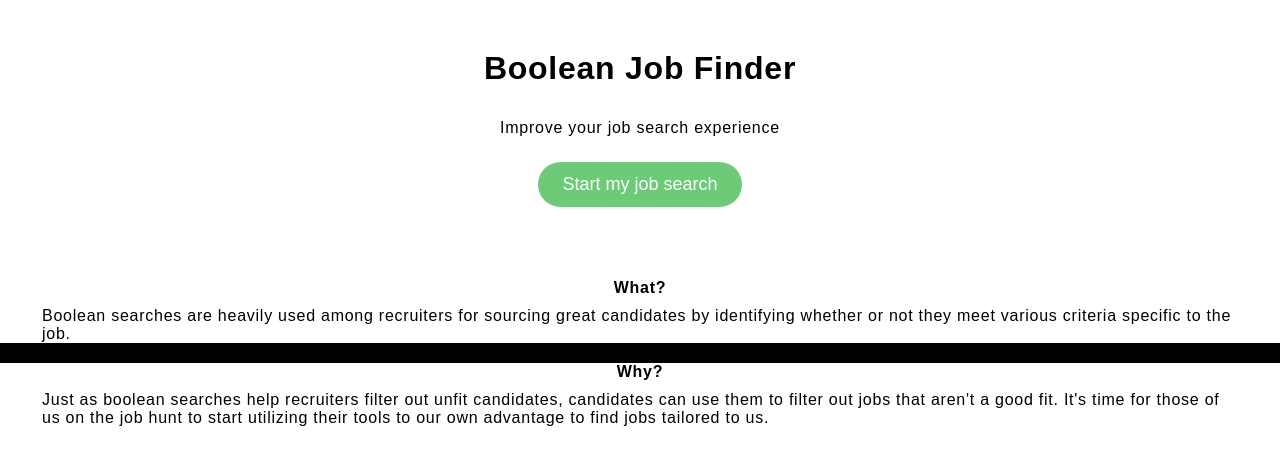
Repository: Rthompson2548/boolean-job-searcher
Page: /
An editor plug-in stored every save of this project. The page is shown before and after a run of saves, followed by the edit.
The browser window is 1280 px wide. The pictures show the whole page.
The project was rebuilt for these pictures with package versions that can differ from the ones it lists, and the page was loaded fresh each time.

Above is the page before, as saved 2022-04-05 14:08:52.

### public/index.html
<!DOCTYPE html>
<html lang="en">
  <head>
    <meta charset="utf-8" />
    <link rel="icon" href="%PUBLIC_URL%/favicon.ico" />
    <meta name="viewport" content="width=device-width, initial-scale=1" />
    <meta name="theme-color" content="#000000" />
    <meta
      name="description"
      content="Web site created using create-react-app"
    />
    <link rel="preconnect" href="https://fonts.googleapis.com">
    <link rel="preconnect" href="https://fonts.gstatic.com" crossorigin>
    <link href="https://fonts.googleapis.com/css2?family=Inconsolata&family=League+Spartan&display=swap" rel="stylesheet">

    <title>React App</title>
  </head>
  <body>
    <noscript>You need to enable JavaScript to run this app.</noscript>
    <div id="root"></div>
    <!--
      This HTML file is a template.
      If you open it directly in the browser, you will see an empty page.

      You can add webfonts, meta tags, or analytics to this file.
      The build step will place the bundled scripts into the <body> tag.

      To begin the development, run `npm start` or `yarn start`.
      To create a production bundle, use `npm run build` or `yarn build`.
    -->
  </body>
</html>

### src/App.js
import "./styles.css";
// import { CopyToClipboard } from "react-copy-to-clipboard";
import React, { useState, useEffect, useRef } from "react";



export default function App() {
  let searchCategories = [
    "Experience",
    "Location",
    "Tech Stack",
    "Title",
    "Technologies",
    "Company"
  ];

let defaultCategories = [
  {
    id: 1,
    name: "Experience",
    placeholders: ["Junior", "Entry", "Grad", "Student"]
  },
  {
    id: 2,
    name: "Location",
    placeholders: ["Junior", "Entry", "Grad", "Student"]
  },
  {
    id: 3,
    name: "End",
    placeholders: ["Junior", "Entry", "Grad", "Student"]
  },
  {
    id: 4,
    name: "Title",
    placeholders: ["Junior", "Entry", "Grad", "Student"]
  },
  {
    id: 5,
    name: "Technologies",
    placeholders: ["Junior", "Entry", "Grad", "Student"]
  },
  {
    id: 6,
    name: "Company Name",
    placeholders: ["Junior", "Entry", "Grad", "Student"]
  }
];


const [copyString, setCopyString] = useState("");
const [addCategory, setAddCategory] = useState(false);
const [addCategoryBtnText, setAddCategoryBtnText] = useState(
"Start my job search"
)
const [category, setCategory] = useState("");
const [categoryChosen, setCategoryChosen] = useState(false);
const [categoryOptions, setCategoryOptions] = useState(false);
const [showCategoryForm, setShowCategoryForm] = useState(false);
const [showNewCategoryButton, setShowNewCategoryButton] = useState(true);
const [showName, setShowName] = useState(false);
const [showForm, setShowForm] = useState(false);
const [showAddWordBtn, setShowAddWordBtn] = useState(false)
const [word, setWord] = useState("");
const [list, setList] = useState([]);
const [show, setShow] = useState(false);
const [finishBtn, setFinishBtn] = useState(false);
const [finished, setFinished] = useState(false);
const [result, setResult] = useState([]);
const [doneWarning, setDoneWarning] = useState(false);
const [goodbyeMessage, setGoodbyeMessage] = useState(false);


const handleNewCategory = () => {
  setCategory("");
  setAddCategoryBtnText("Add a category");
  setShowNewCategoryButton(false);
  setFinishBtn(false);
  setCategoryOptions(true);
  setCategoryChosen(false);
};



const handleCustomCategory = () => {
  setShowCategoryForm(true);
  setCategoryOptions(false);
};


const handleCategoryNameChange = event => {
  setCategory(event.target.value);
};

const submitCategory = () => {
  setAddCategory(false);
  setShowName(true);
  setShowNewCategoryButton(false);
  setShowAddWordBtn(true);
  setShowForm(true);
  setShowCategoryForm(false);
};


const handleAddWord = () => {
  setShowForm(true);
  setCategoryOptions(false);
  setCategoryChosen(true);
};


const handleCategoryClick = event => {
  setCategory(event.target.value);
  setCategoryChosen(true);
};


const handleWordChange = event => {
  setWord(event.target.value);
};


  const [noLetters, setNoLetters] = useState(false);

  const submitAsteriskWord = () => {
    if (word.length <= 1) {
      setNoLetters(true);
    } else {
      setList((prevList) => [...prevList, `"${word}*"`]);
      setWord("");
      setShow(true);
      console.log(word);
    }
  };

  const submitWord = () => {
    if (word.length <= 1) {
      setNoLetters(true);
    } else {
      setList((prevList) => [...prevList, `"${word}"`]);
      setWord("");
      setShow(true);
      console.log(word);
    }
  };

  useEffect(() => {
    setCategory(category);
  }, [category]);

  let booleanString = `(${list.join(" OR ")})`;

  const handleSubmitCategoryWords = () => {
    setShowNewCategoryButton(true);
    setShow(false);
    setShowName(false);
    setShowForm(false);
    setFinishBtn(true);
    setResult((previousResult) => [...previousResult, booleanString]);
    console.log(result.join(" AND "));
    console.log(`list: ${list}`);
    setList([]);
    console.log(`list: ${list}`);
    setCopyString(result.join(" AND "));
  };

  const handleGenerateString = () => {
    setFinished(true);
    setFinishBtn(false);
    setShowNewCategoryButton(false);
    setDoneWarning(false);
    // setGoodbyeMessage(true);
  };

const handleDone = () => {
  setDoneWarning(true);
  setFinished(false);
};


const handleConfirmFinished = () => {
  setDoneWarning(false);
  setGoodbyeMessage(true);
  setShow(false);
  setFinished(false);
};



  return (
    <div className="App">
      <div className="header">
        <h1 className="app-title">Boolean Job Finder</h1>
        <p>Improve your job search experience</p>
        <button className="start-btn" onClick={handleNewCategory}>
          {addCategoryBtnText}
        </button>

      </div>
      <div>
    </div>


      {categoryOptions === true && (
        <div>
          <div>
<p className="pick-a-category-txt">Click a category below to start</p>


            {/* iterates through array of category names and returns a button for each */}
            <div className="category-btns">
              {searchCategories.map((value, i) => (
                <button
                  id="category-btn"
                  className="category-btn"
                  key={i}
                  value={searchCategories[i]}
                  onClick={handleCategoryClick}
                >
                  {value}
                </button>
              ))}

            </div>

{
  categoryChosen === true && (
    <button className="continue-btn" onClick={handleAddWord}>
      Continue
    </button>
  )
}
          </div>
        </div>
      )}

{
  showCategoryForm === true && (
    <div>
      <label>Enter a custom category name</label>
      <input
        placeholder="Enter category name"
        onChange={handleCategoryNameChange}
        value={category}
      />

<button onClick={submitCategory}>Submit</button>;

    </div>
  )
}

      {showForm === true && (
        <div className="keyword-form">
          <h1>{category}</h1>

          <div className="keyword-form-info">
            <div>
              <label>Enter 1 or more keywords</label>
            </div>
            <input
              placeholder="Enter two or more letters..."
              value={word}
              onChange={handleWordChange}
            />
          </div>

          <div className="keyword-btns">
            <button onClick={submitWord}>Include exact keyword</button>
            <button onClick={submitAsteriskWord}>
              Include similar keywords
            </button>

          </div>


        </div>
      )}

      {show === true && (
        <div className="keyword-string">
          <h4>{booleanString}</h4>
        </div>
      )}

      {showForm === true && (
        <div>
          <button className="continue-btn" onClick={handleSubmitCategoryWords}>
            Continue
          </button>
        </div>
      )}

      {showNewCategoryButton === true && (
        <div>
          <div className="what-why">
            <div className = "what-why-info">
              <h4>What?</h4>
              <p>
                Boolean searches are heavily used among recruiters for sourcing great
                candidates by identifying whether or not they meet various criteria specific
                to the job.
              </p>
            </div>
            <div>
              <h4>Why?</h4>
              <p className="what-why-info">
                Just as boolean searches help recruiters filter out unfit candidates, candidates can use them to filter out jobs that aren't a good fit. It's time for those of us on the job hunt to start utilizing their tools to our own advantage to find jobs tailored to us.
              </p>
            </div>
          </div>


        </div>
      )}


      {finishBtn === true && (
        <div>
          <button className="done-btn" onClick={handleGenerateString}>
            Submit
          </button>
        </div>
      )}

      {finished === true && (
        <div className="boolean-string">
          <p value={copyString}>{result.join(" AND ")}</p>
          <button className="done-btn" onClick={handleDone}>
            Done
          </button>
        </div>
      )}

      {doneWarning === true && (
        <div className="boolean-string">
          <p>Are you sure? This cannot be undone</p>
          <button className="done-btn" onClick={handleConfirmFinished}>
            Yes, I am done
          </button>
        </div>
      )}

      {goodbyeMessage === true && (
        <div className="goodye-msg boolean-string">
<p>Goodbye!</p>;

          <button
            className="start-btn"
            onClick={() => window.location.reload(false)}
          >
            Home
          </button>
        </div>
      )}
    </div>
  );
}

### src/styles.css
* {
  margin: 0;
  padding: 0;
  background-color: #fff;
  color: #000;
  /* padding: 18px 0; */
}

.App {
  font-family: sans-serif;
  text-align: center;
  letter-spacing: 0.75px;
}

.header {
  line-height: 2rem;
  letter-spacing: 0.75px;
  padding: 52px 0;
}

img {
  width: 250px;
  height: auto;
}

button {
  /* width: 300px; */
  border-radius: 25px;
  background-color: #fff;
  color: #000;
  border: none;
  margin: 18px 0 0 0;
  font-size: 18px;
}

.app-title {
  margin-bottom: 28px;
  font-size: 32px;
}

h3 {
  font-size: 22px;
}

.what-why {
  background-color: #000;
}

.what-why p {
  text-align: left !important;
  padding: 0 42px;
}

.what-why h4 {
  margin: 20px 0 10px 0;
}


.start-btn {
  background-color: #6bcb77 !important;
  color: #fff;
  font-size: 18px;
  vertical-align: middle;
  padding: 12px 24px;
}

.pick-a-category-txt {
  font-size: 18px;
  margin-bottom: 12px;
}

input {
  background-color: #fff;
  font-size: 18px;
  color: #000;
  width: 260px;
  border: 1.5px solid black;
  border-radius: 25px;
}

label {
  font-size: 20px;
}

.category-btns {
  /* center the element */
  right: 0;
  left: 0;
  margin-right: auto;
  margin-left: auto;
  display: flex;
  flex-direction: column;
  align-items: center;
}

.category-btns button {
  background-color: #ff6b6b;
  color: #fff;
  padding: 12px 42px;
  width: 300px;
}

.category-buttons button:active,
button:focus {
  /* color: #fff !important;
  background-color: #FFD93D !important; */
}

.category-buttons button:visited:after {
  color: #fff !important;
  background-color: #000 !important;
}

.continue-btn {
  background-color: #4d96ff;
  color: #fff;
}

.keyword-form-info {
  margin-top: 24px;
}

.keyword-form-info input {
  padding: 10px 24px 10px 10px;
  margin-top: 16px;
}

.keyword-btns {
  display: flex;
  flex-direction: column;
  align-items: center;
  margin: 10px 0 24px 0;
}

.keyword-btns button {
  background-color: #ff6b6b;
  color: #fff;
  font-size: 18px;
}

.keyword-string {
  padding: 20px;
  font-size: 20px;
  line-height: 2rem;
}

.goodye-msg {
  /* padding-top: 25%; */
  font-size: 42px !important;
}

.goodye-msg button {
  /* background-color: #4D96FF !important; */
  /* vertical-align: middle !important; */
}

.boolean-string {
  font-size: 32px;
  font-weight: bold;
  padding-top: 10%;
}


.boolean-string button {
  background-color: #fa58bc;
  color: #fff;
}

.done-btn {
  background-color: #4d96ff !important;
  color: #fff;
  font-size: 22px;
  vertical-align: middle;
  width: 400px;
  padding: 20px 0;
  margin-top: 36px;
}

.home-btn {
  background-color: #6bcb77 !important;
}

Loaded but not shown: src/index.js (common file); src/index.css (no stored copy; drawn as an empty file)

After the next 4 saves:
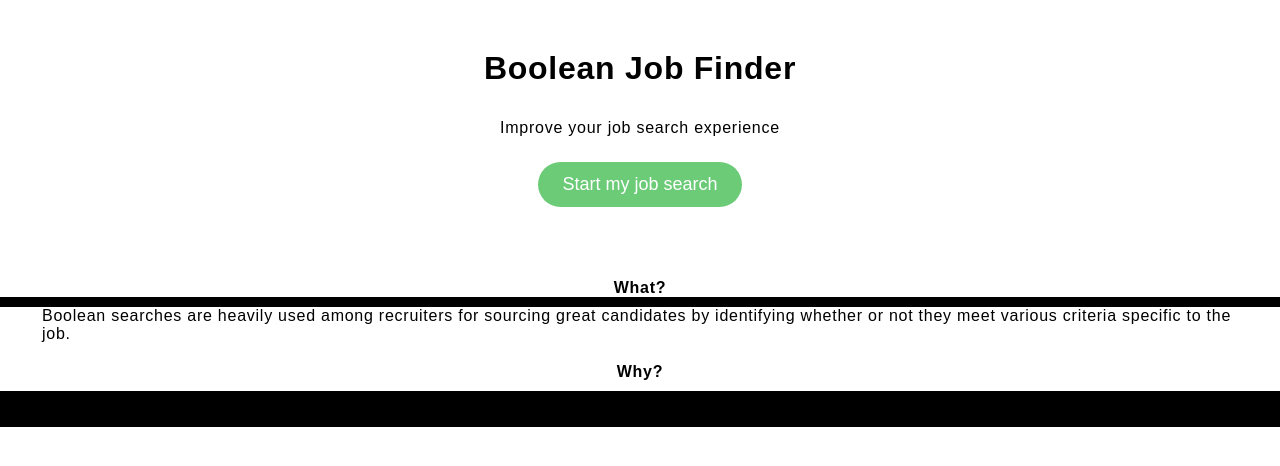
The 4 saves are shown as one change because they came seconds apart.
The last was saved 14 s later.
--- a/src/styles.css
+++ b/src/styles.css
@@ -42,7 +42,7 @@ h3 {
   font-size: 22px;
 }
 
-.what-why {
+.what-why-info {
   background-color: #000;
 }
 
